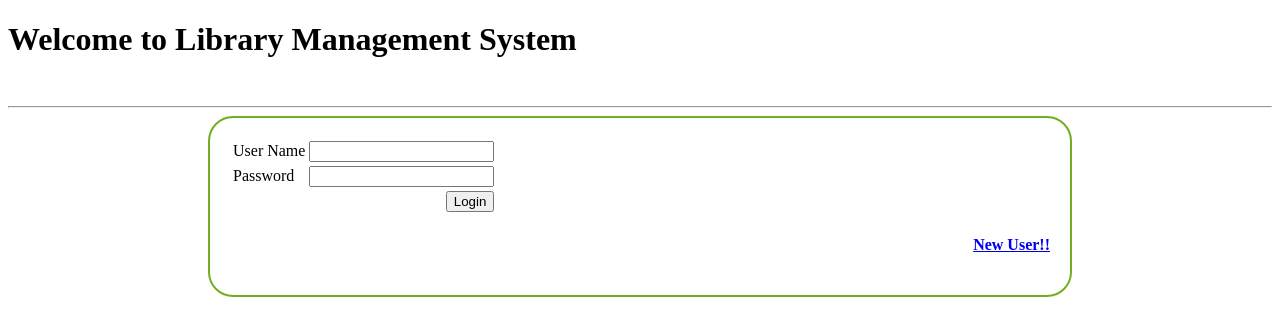
Repository: paragpatidar/LibraryManagementSystem
Page: http://localhost/LibraryManagementSystemSpring/
The author's editor kept a copy of each file at every save. The page is drawn from the files as they stood at one save, then again after the next save.
The browser window is 1280 px wide. The pictures show the whole page.
The page is served by Tomcat 9. Nobody is signed in. The application's start-up code is not run.

Above is the page before, as saved 2017-11-08 04:22:16.

After the next save:
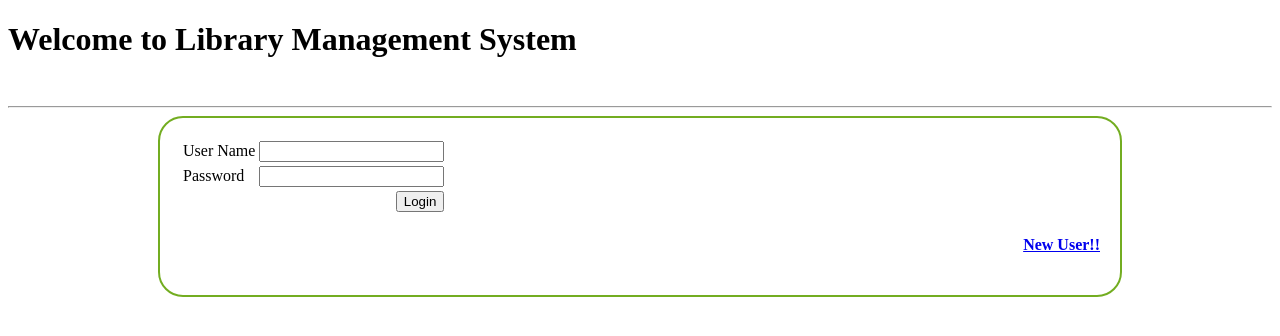
Saved 39 s later.
--- a/LibraryManagementSystemSpring/WebContent/index.jsp
+++ b/LibraryManagementSystemSpring/WebContent/index.jsp
@@ -10,8 +10,8 @@
     border-radius: 25px;
     border: 2px solid #73AD21;
     padding: 20px;
-    margin-right : 200px;
-    margin-left : 200px;
+    margin-right : 150px;
+    margin-left : 150px;
 }
 </style>
 
